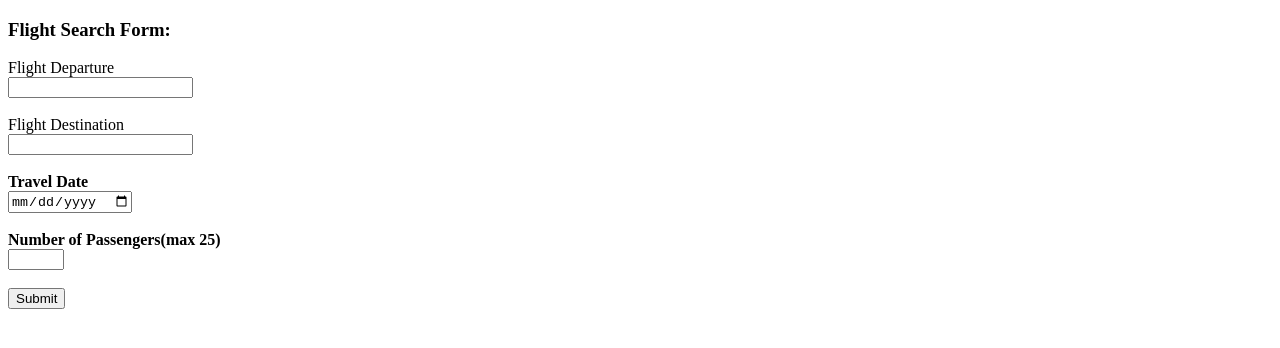
Repository: rkelly7391/SNHU_IT-634-X3894_18TW3
Page: http://localhost/RyanAirlineProject/FlightSearch
These files come from the project's save history. The page is drawn as it stood at one moment and after the next save; the edit follows.
The browser window is 1280 px wide. The pictures show the whole page.
The page is served by Tomcat 9.

Above is the page before, as saved 2018-03-04 23:33:41.

After the next save:
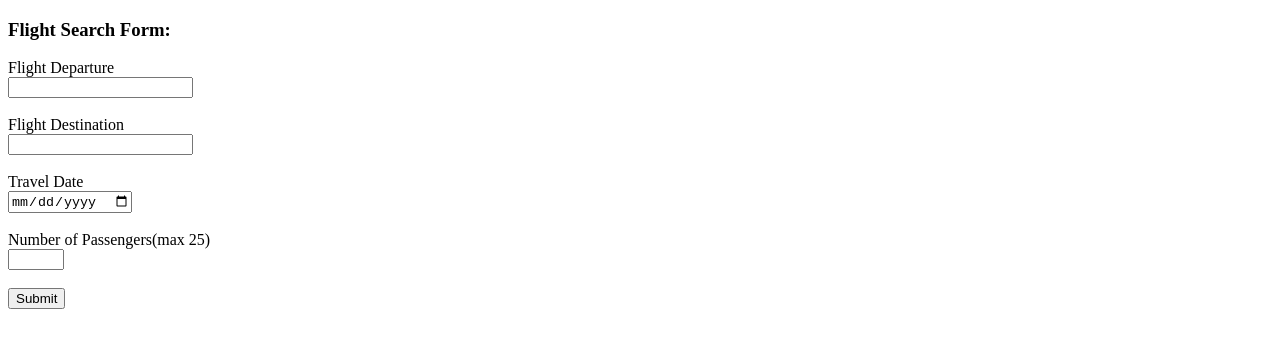
Saved 103 s later.
--- a/RyanAirlineProject/source/production/java/RyanFlightSearchServlet.java
+++ b/RyanAirlineProject/source/production/java/RyanFlightSearchServlet.java
@@ -41,9 +41,9 @@ public class RyanFlightSearchServlet extends HttpServlet {
 		writer.append("<input type=\"text\" name=\"customerName\"/><br/><br/>\r\n");
 		writer.append("Flight Destination<br/>\r\n");
 		writer.append("<input type=\"text\" name=\"subject\"/><br/><br/>\r\n");
-		writer.append("<b>Travel Date</b><br/>\r\n");
+		writer.append("Travel Date<br/>\r\n");
 		writer.append("<input type=\"date\" name=\"travel\"/><br/><br/>\r\n");
-		writer.append("<b>Number of Passengers(max 25)</b><br/>\r\n");
+		writer.append("Number of Passengers(max 25)<br/>\r\n");
 		writer.append("<input type=\"number\" name=\"pass\" min=\"1\" max=\"25\"/><br/><br/>\r\n");
 		writer.append("<button>");
 		writer.append("<text>Submit</text>");
